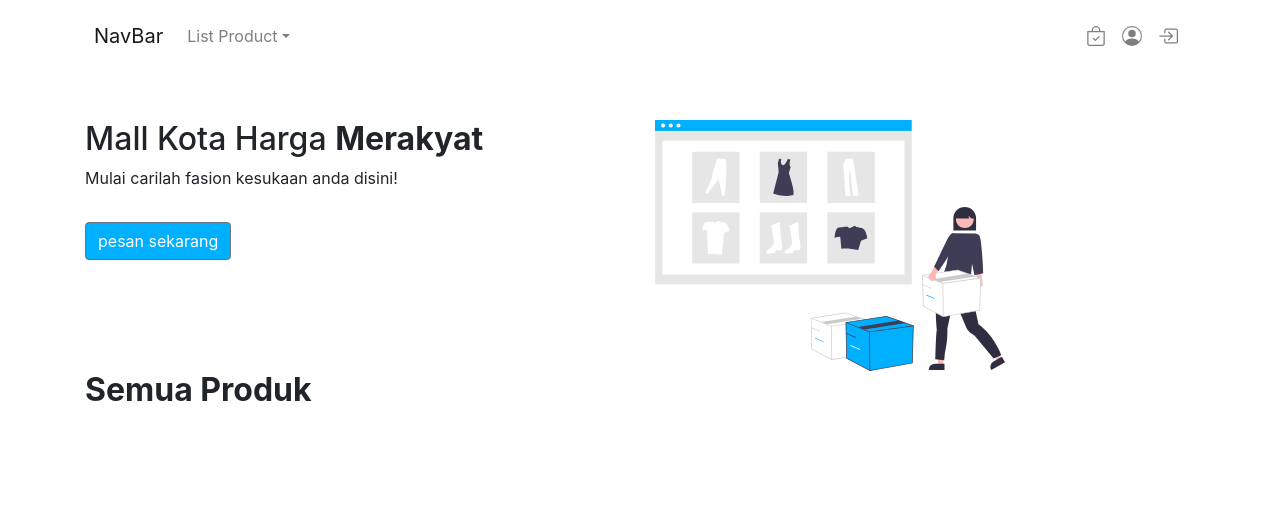
Repository: AHSANS354/ecommerce-catalog
Page: /
These files come from the project's save history. The page is drawn as it stood at one moment and after the next save; the edit follows.
The browser window is 1280 px wide. The pictures show the whole page.
The page's requests for data from a server got no answer. The project was rebuilt for these pictures with package versions that can differ from the ones it lists, and the page was loaded fresh each time. No one was signed in, and anything a server would have sent is missing. Also part of the build but not shown: vue.config.js, src/components/CardProduct.vue.

Above is the page before, as saved 2023-03-01 22:12:13.

After the next save:
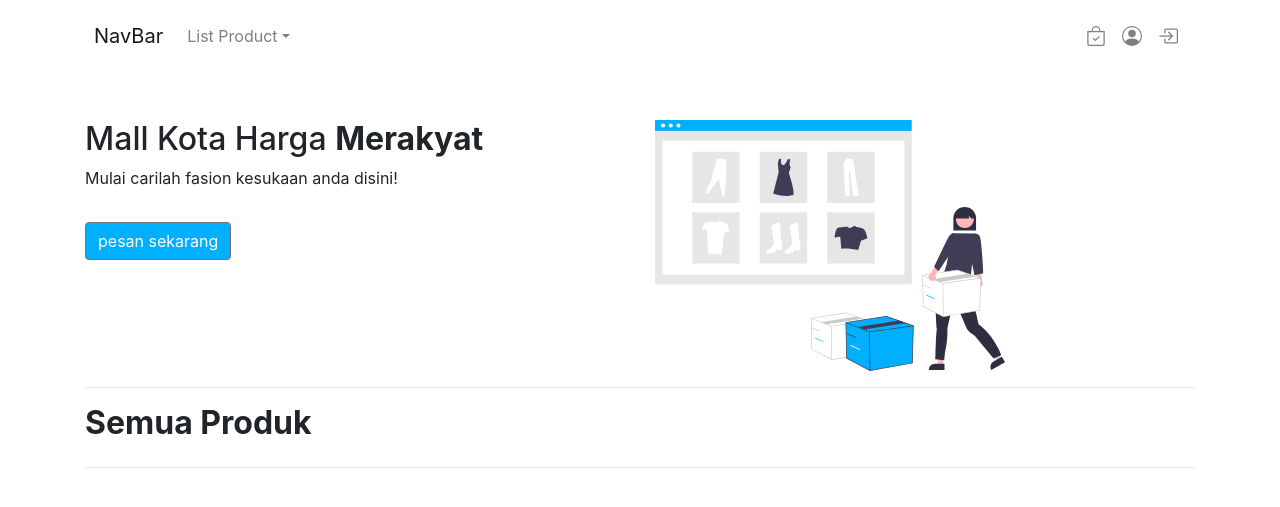
Saved 4 min 41 s later.
--- a/src/views/HomeView.vue
+++ b/src/views/HomeView.vue
@@ -17,11 +17,13 @@
           />
         </div>
       </div>
+      <hr />
       <div class="row">
         <div class="col-md-6">
           <h2><strong>Semua Produk</strong></h2>
         </div>
       </div>
+      <hr />
       <div class="row mt-5">
         <div class="col-md-4" v-for="product in products" :key="product.id">
           <card-product :product="product" />
